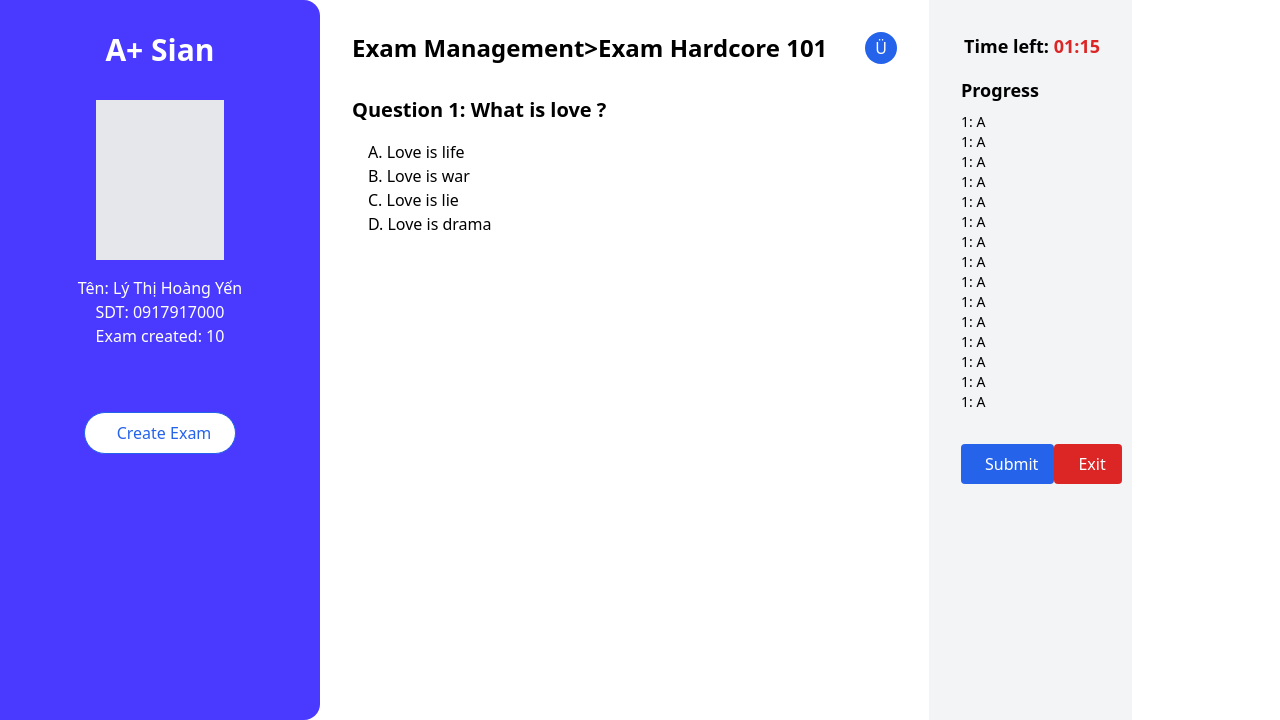
Repository: LyThiHoangYen/A_client
Page: / (app in online-exam-system-frontend/)
These files come from the project's save history. The page is drawn as it stood at one moment and after the next save; the edit follows.
The browser window is 1280 px wide. The pictures show the whole page.
The project was rebuilt for these pictures with package versions that can differ from the ones it lists, and the page was loaded fresh each time.

Above is the page before, as saved 2024-10-23 14:24:36.

After the next save:
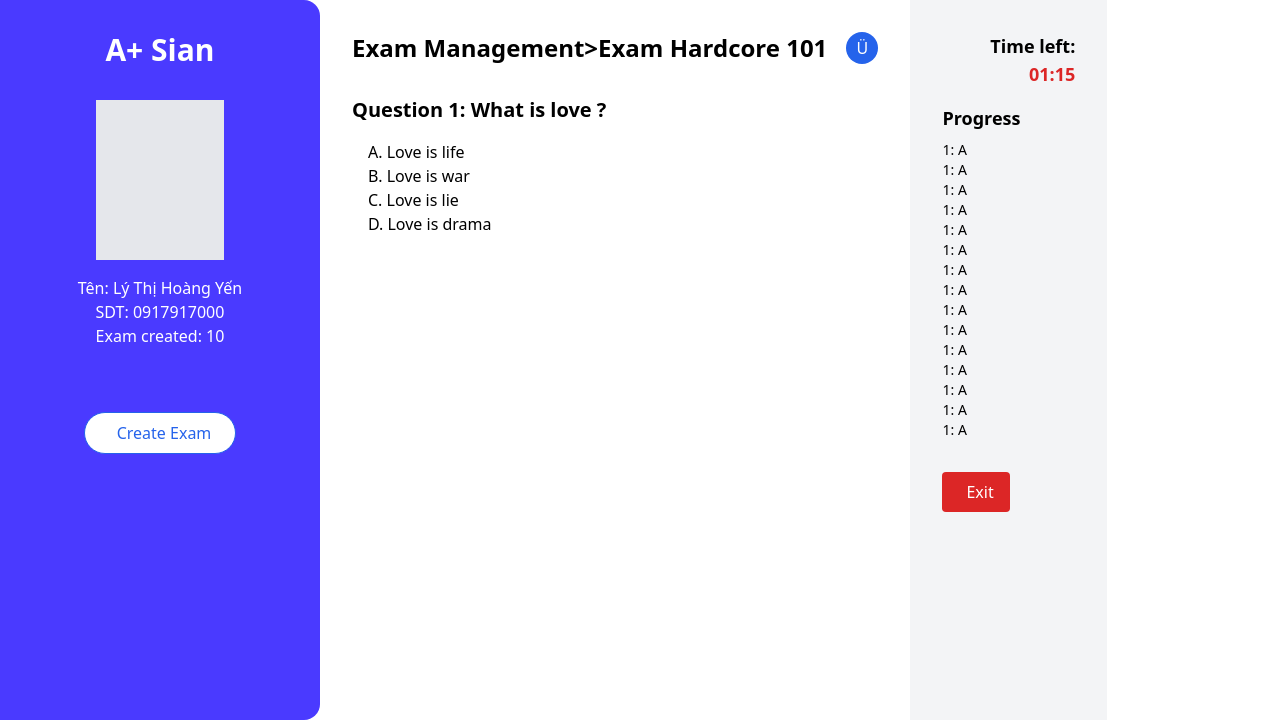
Saved 75 s later.
--- a/online-exam-system-frontend/src/components/rightSideBarExam.js
+++ b/online-exam-system-frontend/src/components/rightSideBarExam.js
@@ -19,9 +19,7 @@ function SidebarRight () {
           </div>
         </div>
         <div className="flex justify-between">
-          <button className="bg-blue-600 text-white px-4 py-2 rounded flex items-center">
-            <i className="fas fa-plus mr-2"></i> Submit
-          </button>
+
           <button className="bg-red-600 text-white px-4 py-2 rounded flex items-center">
             <i className="fas fa-times mr-2"></i> Exit
           </button>
